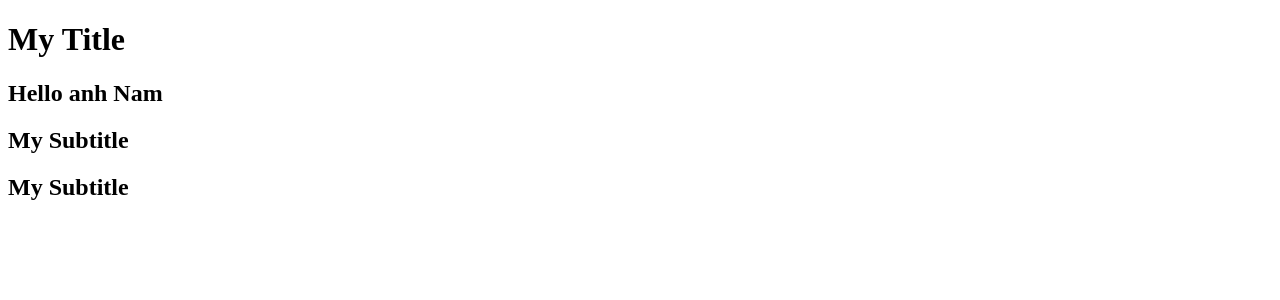
Repository: binhphanbp/WEB2064_JavaScript-Advanced_WD20305
Page: lesson/lesson3/lesson3.html
The author's editor kept a copy of each file at every save. The page is drawn from the files as they stood at one save, then again after the next save.
The browser window is 1280 px wide. The pictures show the whole page.

Above is the page before, as saved 2025-09-19 11:25:57.
Console error: SyntaxError: Identifier 'h1' has already been declared

After the next save:
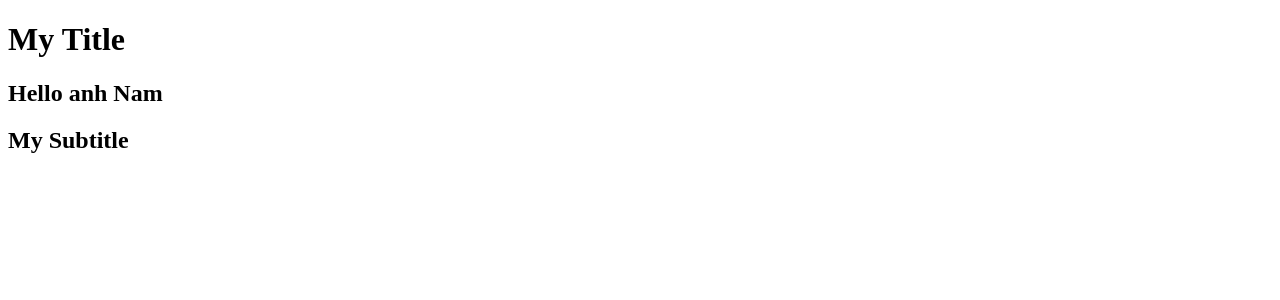
Saved 32 s later.
--- a/lesson/lesson3/lesson3.html
+++ b/lesson/lesson3/lesson3.html
@@ -9,7 +9,7 @@
   <body>
     <h1 id="heading">My Title</h1>
 
-    <h2 class="title">My Subtitle</h2>
+    <!-- <h2 class="title">My Subtitle</h2> -->
     <h2 class="title abc">My Subtitle</h2>
     <h2 class="title xyz">My Subtitle</h2>
 

After the save that followed:
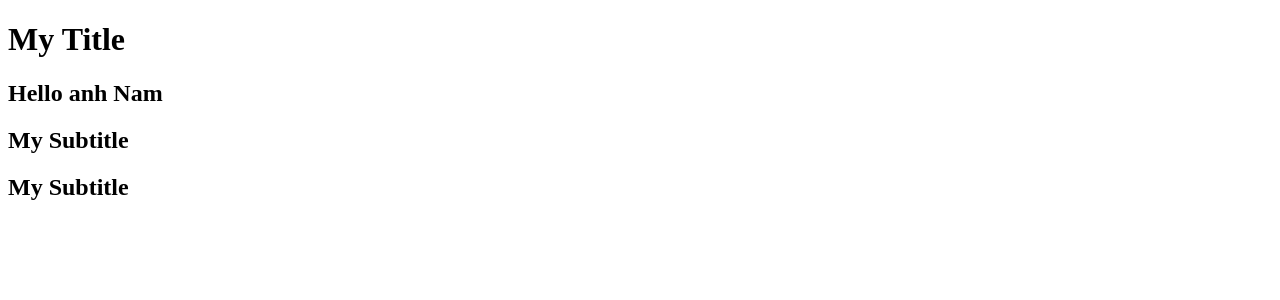
Saved 4 s later.
--- a/lesson/lesson3/lesson3.html
+++ b/lesson/lesson3/lesson3.html
@@ -9,7 +9,7 @@
   <body>
     <h1 id="heading">My Title</h1>
 
-    <!-- <h2 class="title">My Subtitle</h2> -->
+    <h2 class="title">My Subtitle</h2>
     <h2 class="title abc">My Subtitle</h2>
     <h2 class="title xyz">My Subtitle</h2>
 
